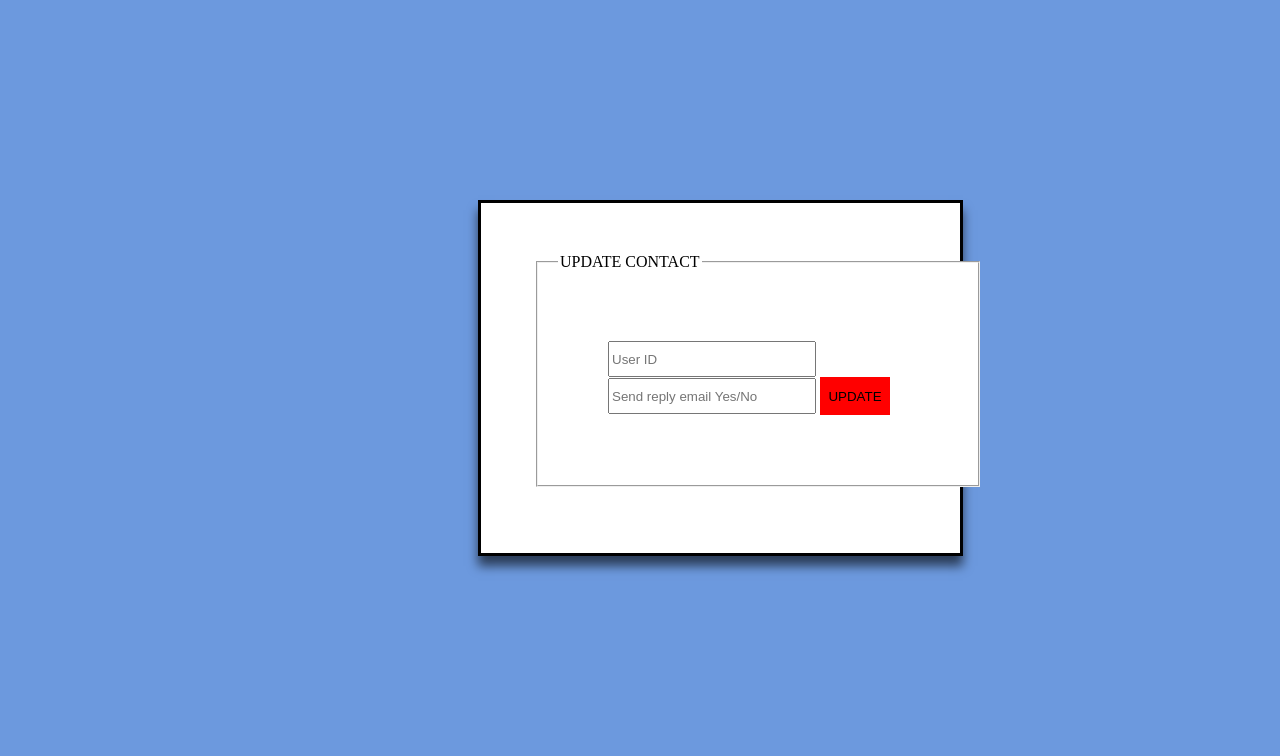
Repository: Nihara-R/Vehicle-Insurance-Portal
Page: http://localhost/updatecontact.php
The author's editor kept a copy of each file at every save. The page is drawn from the files as they stood at one save, then again after the next save.
The browser window is 1280 px wide. The pictures show the whole page.
The page is run by PHP 8.4 with error messages shown; the project is at /var/www/html/.

Above is the page before, as saved 2023-06-29 10:01:46.

After the next save:
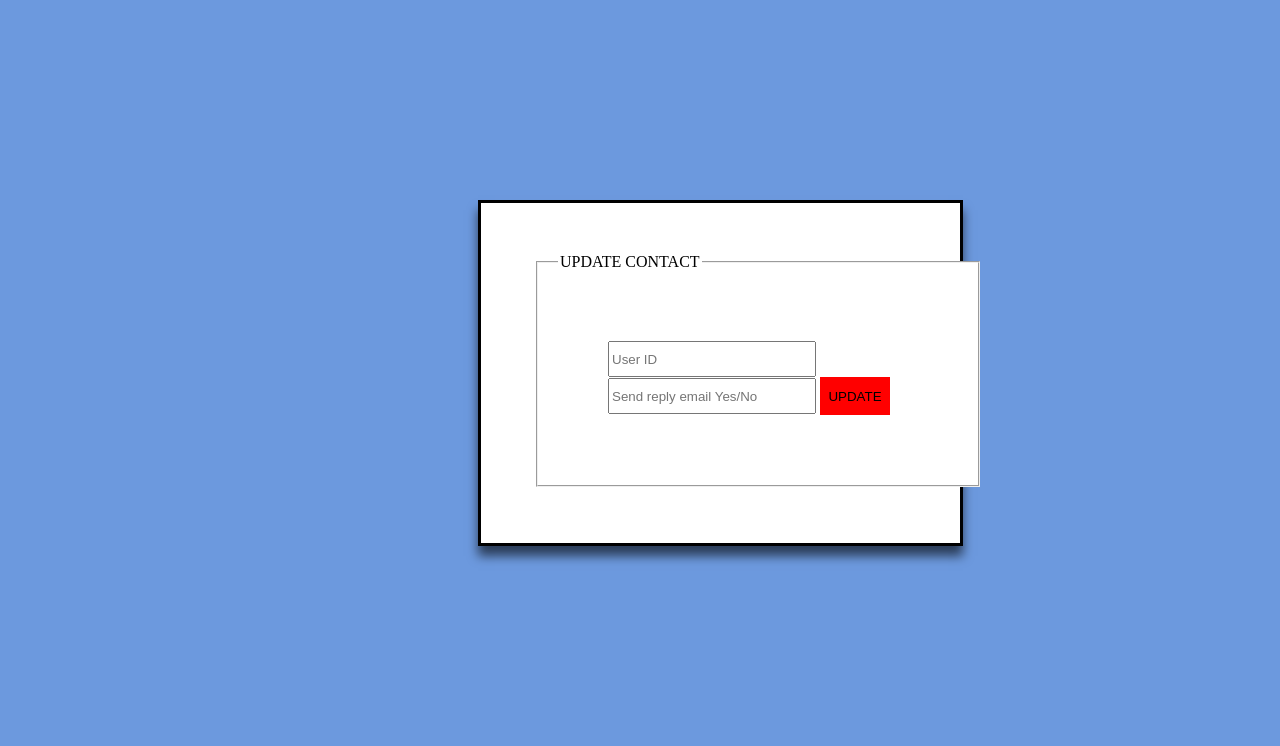
Saved 9 s later.
--- a/css/deletuser.css
+++ b/css/deletuser.css
@@ -18,7 +18,7 @@ margin: 50px;
   margin: 200px;
   margin-left: 470px;
   padding: 50px;
-  height: 250px;
+  height: 240px;
   border: 3px solid black;
   background-color: white;
   box-shadow: 0 10px 10px rgba(0,0, 0, 0.60);
